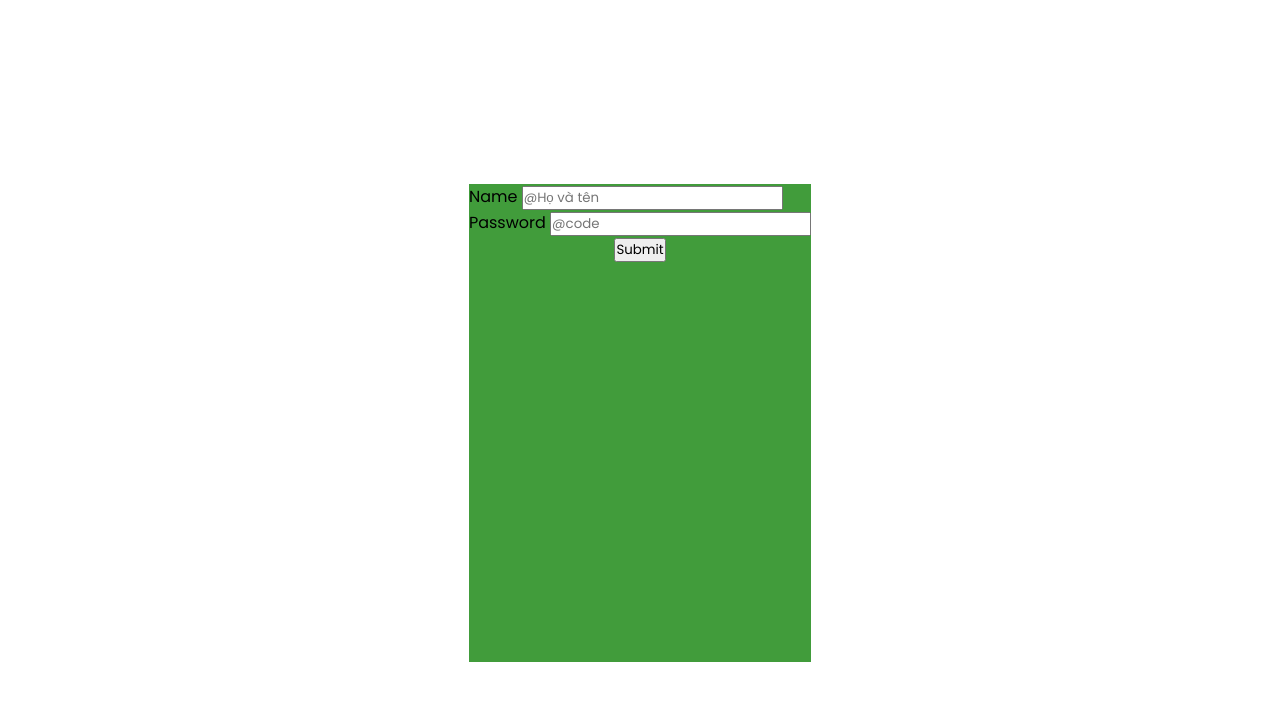
Repository: TruongVu299/Nhom21_NguyenThiNgocLam_DoTruongVu
Page: SourcesCode/index2.html
The author's editor kept a copy of each file at every save. The page is drawn from the files as they stood at one save, then again after the next save.
The browser window is 1280 px wide. The pictures show the whole page.

Above is the page before, as saved 2023-04-22 02:56:54.

After the next save:
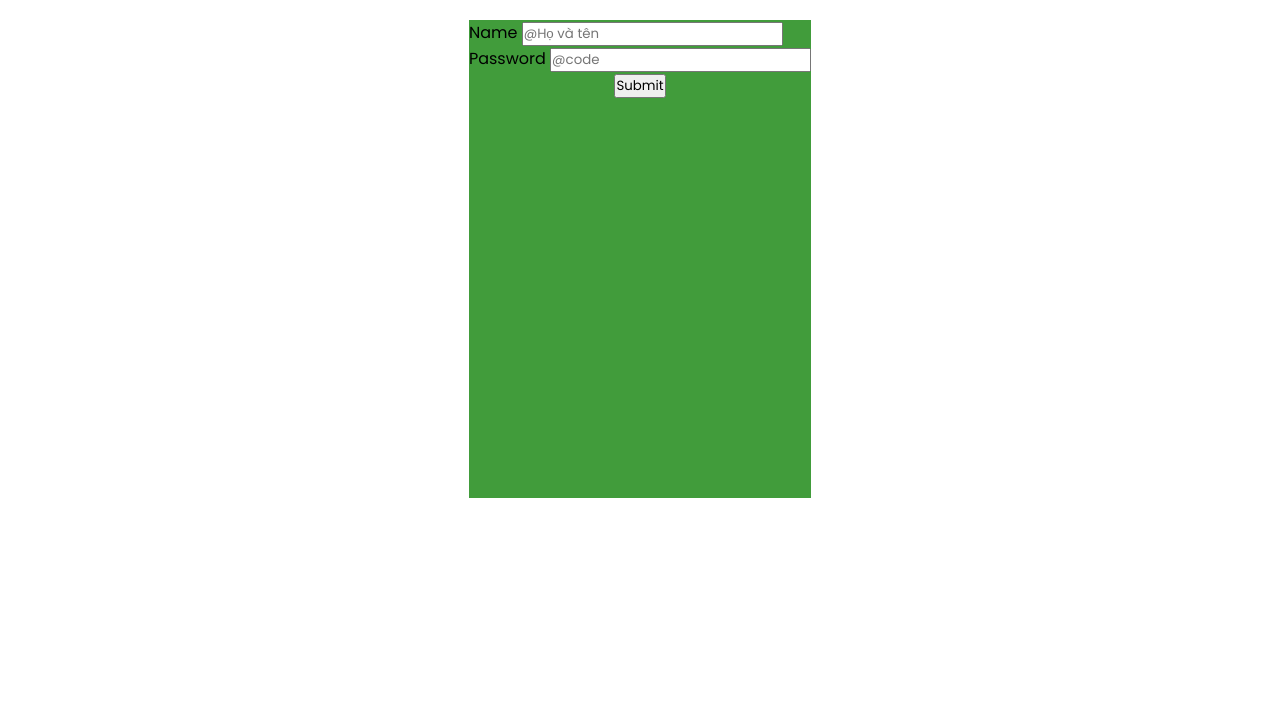
Saved 26 s later.
--- a/SourcesCode/style2.css
+++ b/SourcesCode/style2.css
@@ -10,8 +10,8 @@
     width:max-content;
     height: 478px;
     margin:0px auto;
-    margin-top:184px;
-    margin-bottom: 10px;
+    margin-top:20px;
+    margin-bottom: 50px;
     background:#419c3b;
 
 }
